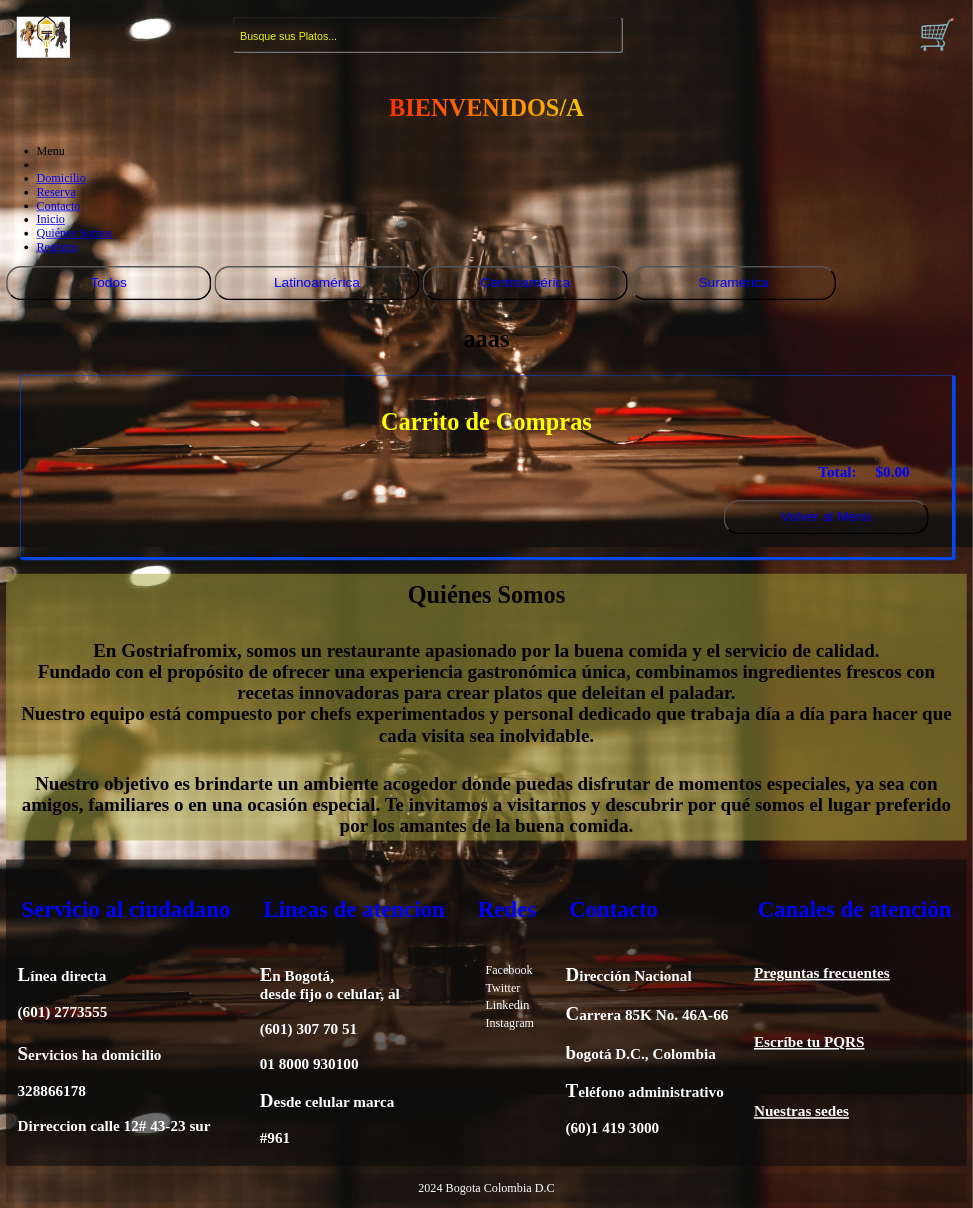
Repository: ye909/app_restaurante
Page: index.html
The author's editor kept a copy of each file at every save. The page is drawn from the files as they stood at one save, then again after the next save.
The browser window is 1280 px wide. The pictures show the whole page, at 76% of full size.
Backgrounds fixed to the window are drawn as part of the page.

Above is the page before, as saved 2025-01-11 19:37:44.
Console error: ReferenceError: menuItems is not defined

### index.html
<!DOCTYPE html>
<html lang="en">

<head>
  <meta charset="UTF-8">
  <meta name="viewport" content="width=device-width, initial-scale=1.0">
  <title>Document</title>
  <link rel="stylesheet" href="/css/menu_principal.css">
  <link rel="stylesheet" href="/css/footer.css">
  <link rel="stylesheet" href="/css/heder.css">
  <link rel="stylesheet" href="/css/modal_card.css">
  <link rel="stylesheet" href="/css/stilo.css">
</head>

<body>
  <header>
    <div class="container_header_card">
      <div class="imagen"><img src="/public/imagen/login.gif" alt=""></div>

      <input type="text" id="buscar" class="buscar" placeholder="Busque sus Platos...">
      <ul id="productList" class="productList"></ul>

      <div id="cart-btn" class="shopping">🛒</div>

  </header>



  <h1 class="bienvenida" id="bienvenida">BIENVENIDOS/A</h1>
  <nav>
    <ul>
      <li id="menu-btn"> Menu</li>
      <li></li>
      </li>
      <li><a href="./public/templeis/domicilio.html" target="_blank">Domicilio</a></li>
      <li><a href="./public/templeis/reserva.html" target="_blank">Reserva</a></li>
      <li><a href="#contacto">Contacto</a></li>
      <li><a href="./public/templeis/login.html" target="_blank">Inicio</a></li>
      <li><a href="#somos">Quiénes Somos</a></li>
      <li><a href="./public/templeis/registro.html" target="_blank">Registro</a> </li>
    </ul>
  </nav>

  <main id="menu-view" class="menu-view">
    <div class="filter-buttons">
      <button class="filter" data-region="Todos">Todos</button>
      <button class="filter" data-region="Latinoamérica">Latinoamérica</button>
      <button class="filter" data-region="Centroamérica">Centroamérica</button>
      <button class="filter" data-region="Suramérica">Suramérica</button>
    </div>
    <div id="menu-items" class="menu-items"></div>
    <div>
      <h1>aaas</h1>
    </div>
    <audio id="clickSound" src="./public/audio/mouse_btn3.mp3"></audio>
  </main>

  <div class="container_card">
    <main id="cart-view" class="cart-view">



      <h1 class="carro">Carrito de Compras</h1>
      <div id="cart-items" class="cart-items"></div>
      <div class="cart-total">
        <p>Total: <span id="cart-total" class="cart-total">$0.00</span></p>
        <button id="back-to-menu">Volver al Menú</button>
      </div>
  </div>
  </main>


  <div class="quienes_somos" id="somos">
    <h1>Quiénes Somos</h1>
    <p>En <strong>Gostriafromix</strong>, somos un restaurante apasionado por la buena comida y el servicio de calidad.
      <br>
      Fundado con el propósito de ofrecer una experiencia gastronómica única, combinamos ingredientes frescos con
      recetas innovadoras para crear platos que deleitan el paladar. <br>
      Nuestro equipo está compuesto por chefs experimentados y personal dedicado que trabaja día a día para hacer que
      cada visita sea inolvidable.
    </p>
    <p>Nuestro objetivo es brindarte un ambiente acogedor donde puedas disfrutar de momentos especiales, ya sea con
      amigos, familiares o en una ocasión especial. Te invitamos a
      visitarnos y descubrir por qué somos el lugar preferido por los amantes de la buena comida.</p>
  </div>

  <footer>
    <div class="conataine_footer">
      <div>
        <h4>Servicio al ciudadano</h4>
        <p><span>L</span>ínea directa <br> <br> (601) 2773555</p>
        <p id="domicilio"><span>S</span>ervicios ha domicilio<br> <br>328866178 <br><br>Dirreccion calle 12# 43-23 sur
        </p>

      </div>

      <div>
        <h4>Lineas de atencion</h4>
        <p><span>E</span>n Bogotá, <br> desde fijo o celular, al <br><br>
          (601) 307 70 51 <br><br>
          01 8000 930100 <br><br>
          <span>D</span>esde celular marca <br><br>
          #961
        </p>
      </div>
      <div>
        <h4>Redes</h4>
        <div><a href=""><i class="fa-brands fa-facebook"> </i></a> Facebook</div>
        <div><a href=""><i class="fa-brands fa-twitter"></i></a>Twitter</div>
        <div><a href=""><i class="fa-brands fa-linkedin"></i> </a>Linkedin</div>
        <div><a href=""><i class="fa-brands fa-instagram"></i></a> Instagram</div>
      </div>
      <div>
        <h4 id="contacto">Contacto</h4>
        <p><span>D</span>irección Nacional<br><br>
          <span>C</span>arrera 85K No. 46A-66<br><br>
          <span>b</span>ogotá D.C., Colombia<br><br>
          <span>T</span>eléfono administrativo<br><br>
          (60)1 419 3000
        </p>
      </div>

      <div>
        <h4> Canales de atención</h4>
        <p><a href="#">Preguntas frecuentes</p></a><br>
        <p><a href="#">Escríbe tu PQRS</p></a><br>
        <p><a href="#">Nuestras sedes</p></a>
      </div>
    </div>
  </footer>
  <div class="container_final">2024 Bogota Colombia D.C</div>


  <script src="./js/script.js"></script>
  <script src="./js/productos.js"></script>
  <script src="./js/dinamico.js"></script>
</body>

</html>

### css/menu_principal.css
:scope{
    padding: 0%;
    margin: 0%;
    overflow: scroll;
}

html {
    scroll-behavior: smooth;
    background-image: url(../public/imagen/janos.jpg);
    background-repeat: no-repeat;
    background-size: cover;
    background-attachment: fixed;
    background-size: 100% 100%;
    height: auto;
  }


/*
  .imgRestaurante {
    width: 100%;
    height: 50vh;
  }

  .container_card_persona {
    display: flex;
    justify-content: space-around;
    align-items: center;
    flex-direction: row;
    flex-wrap: wrap;
    padding: 10px;
  }
  .container_persona {
    width: 10%;
    background: rgba(26, 25, 25, 0.6);
    border-radius: 4px;
    color: white;
    padding: 10px;
    height: auto;
    box-shadow: rgb(8, 8, 8) 1px 2px 2px 2px;
  }
  .container_persona img {
    object-fit: cover;
    width: 100%;
    margin-top: -30px;
    border-radius: 80px;
    box-shadow: rgb(8, 4, 247) 1px 1px 1px;
  }

  h3 {
    text-align: center;
    color: yellow;
  }
  .container_persona p {
    padding: 6px;
    font-size: 18px;
    list-style: 1.4;
  }

  .quienes-somos {
    width: 100%;
    text-align: center;
    background: rgba(232, 232, 157, 0.4);
  }
  .quienes-somos p {
    font-size: 30px;
    line-height: 1.4;
  }

  .text_invitacion {
    font-size: 25px;
    line-height: 1.4;
    width: 99%;
    text-align: center;
    background: rgba(232, 232, 157, 0.2);
  }
   */

### css/footer.css
.conataine_footer {
  display: flex;
  justify-content: space-between;
  flex-direction: row;
  flex-wrap: wrap;
  margin: 10px;
}

p {

  padding: 5px;
  font-size: 20px;
  font-weight: bold;
}
span {
  font-size: 25px;
}
.quienes_somos {
  background:rgba(161, 161, 59, 0.5);
}
.quienes_somos p{
  text-align: center;
font-size: 25px;
}
:is(.container_final) {
  display: flex;
  justify-content: center;
  align-items: center;
}

h4 {
  color: blue;
  font-size: 30px;
}
:is(.container_final, h4, i) {
  padding: 10px;
}
.container_final {
  background: rgba(12, 12, 12, 0.2);
  color: white;
}
.fa-facebook {
  color: rgb(5, 5, 253);
}
.fa-twitter {
  color: rgb(8, 123, 245);
}
.fa-linkedin {
  color: rgb(71, 71, 155);
}
.fa-instagram {
  color: rgb(243, 17, 17);
}
a {
  cursor: pointer;
}
footer a {
  font-size: 20px;
  color: white;
}
footer {
  background: rgba(10, 10, 10, 0.6);
  color: white;
}

### css/heder.css
.container_header_card{
    display: flex;
    justify-content: space-between;
    justify-items: center;
    flex-direction: row;
    flex-wrap: wrap;
    padding: 14px;
    }

 .productList {
     list-style-type: none;
     padding: 0;
 }

 .productList li {
     padding: 10px;
     border-bottom: 1px solid #ccc;
 }

 .productList li:last-child {
     border-bottom: none;
 }

  .container_header_card img{
    width: 70px;
}
  .shopping{
    font-size: 40px;
cursor: pointer;
}
.buscar::placeholder{
    color:rgb(232, 248, 3);
    font-size: 14px;
}

.buscar {
    width: 40%;
    height: 3.9vh;
    background:transparent;
    color:white;
    font-size: 18px;
    border-radius: 5px;
    margin-left: 20px;
}
:is(.bienvenida,
 .buscar){
     padding: 8px;
 }
 .bienvenida{
    background-image:linear-gradient(to left, rgb(4, 151, 4), rgb(248, 244, 7),  red,rgb(14, 14, 240));
    -webkit-text-fill-color:transparent;
    -webkit-background-clip: text;
    background-clip: text;
    text-align: center;


}

### css/modal_card.css
.container_card {
  margin: 20px;
  box-shadow: rgb(7, 71, 236) 2px 2px 2px 2px, rgb(7, 71, 236) 2px 2px 2px 2px,
  rgb(7, 71, 236) 2px 2px 2px 2px, rgb(7, 71, 236) 2px 2px 2px 2px;
 padding: 10px;
 height: auto;
}
.cart-items{
     display: none;
}
.card {
  width: 15%;
  height: 20vh;
  padding: 10px;
  background: rgba(0, 0, 0, 0.4);
  border-radius: 10px;
}
h1{
  text-align: center;
  padding: 10px;

}
.carro{
  color:yellow;
}
.card img {
  width: 100%;
  height: 150px;
  object-fit: cover;
  border-radius: 5px;
}

.card button {
  margin-top: 10px;
  background-color: #007bff;
  color: white;
  border: none;
  padding: 10px;
  border-radius: 5px;
  cursor: pointer;
}

.card button:hover {
  background-color: #0056b3;
}

.cart-total {
  text-align: right;
  margin: 20px;
}


.cart-total{
  font-size: 20px;
  color:blue;
}
button {
  width: 270px;
  padding: 10px;
  transition: background-color 0.3s ease, transform 0.2s ease;
  border-radius: 20px;
  background: transparent;
  color: blue;
  font-size: 18px;
}
button:hover {
  border: none;
  background: #0606f8fd;
  color: black;
  box-shadow: rgb(7, 71, 236) 2px 2px 2px, rgb(7, 71, 236) 2px 2px 2px,
    rgb(7, 71, 236) 2px 2px 2px, rgb(7, 71, 236) 2px 2px 2px;
}

### css/stilo.css


/*

    .filter-buttons {
      margin: 20px;
      text-align: center;
    }

    .filter {
      margin: 5px;
      padding: 10px 15px;
      background-color: #007bff;
      color: white;
      border: none;
      cursor: pointer;
      border-radius: 5px;
    }

    .filter:hover {
      background-color: #0056b3;
    }
    .menu-items,.cart-view{
      display: flex;
      justify-content: space-between;
      justify-content: center;
      flex-direction: row;
      flex-wrap: wrap;
      gap: 20px;
    }
     */

### js/script.js

  let cart = [];
  let selectedRegion = "Todos";

  const menuView = document.getElementById("menu-view");
  const cartView = document.getElementById("cart-view");
  const menuItemsContainer = document.getElementById("menu-items");
  const cartItemsContainer = document.getElementById("cart-items");
  const cartTotal = document.getElementById("cart-total");

  document.querySelectorAll(".filter").forEach(button => {
    button.addEventListener("click", () => {
      selectedRegion = button.getAttribute("data-region");
      renderMenu();
    });
  });

  document.getElementById("menu-btn").addEventListener("click", () => {
    menuView.style.display = "block";
    cartView.style.display = "none";
  });

  document.getElementById("cart-btn").addEventListener("click", () => {
    menuView.style.display = "none";
    cartView.style.display = "block";
    renderCart();
  });

  document.getElementById("back-to-menu").addEventListener("click", () => {
    menuView.style.display = "block";
    cartView.style.display = "none";
  });

  function renderMenu() {
    menuItemsContainer.innerHTML = "";
    const filteredItems = selectedRegion === "Todos" ? menuItems : menuItems.filter(item => item.region === selectedRegion);
    filteredItems.forEach(item => {
      const card = document.createElement("div");
      card.className = "card";
      card.innerHTML = `
        <img src="${item.image}" alt="${item.name}">
        <h3>${item.name}</h3>
        <p>${item.description}</p>
        <p><strong>$${item.price.toFixed(2)}</strong></p>
        <button onclick="addToCart(${item.id})">Agregar</button>
      `;
      menuItemsContainer.appendChild(card);
    });
  }

  function renderCart() {
    cartItemsContainer.innerHTML = "";
    cart.forEach(item => {
      const cartItem = document.createElement("div");
      cartItem.className = "card";
      cartItem.innerHTML = `
        <h3>${item.name}</h3>
        <p>Cantidad: ${item.quantity}</p>
        <p><strong>$${(item.price * item.quantity).toFixed(2)}</strong></p>
      `;
      cartItemsContainer.appendChild(cartItem);
    });
    const total = cart.reduce((sum, item) => sum + item.price * item.quantity, 0);
    cartTotal.textContent = `$${total.toFixed(2)}`;
  }

  function addToCart(id) {
    const item = menuItems.find(item => item.id === id);
    const cartItem = cart.find(item => item.id === id);
    if (cartItem) {
      cartItem.quantity++;
    } else {
      cart.push({ ...item, quantity: 1 });
    }
  }

  renderMenu();

### js/productos.js
const menuItems = [
  { id: 1, name: "Tacos al Pastor", description: "Delicious tacos", price: 12.99, image: "https://via.placeholder.com/150", region: "Latinoamérica" },
  { id: 2, name: "Pupusas", description: "Thick griddle cakes", price: 9.99, image: "https://via.placeholder.com/150", region: "Centroamérica" },
  { id: 3, name: "Ceviche", description: "Fresh seafood", price: 15.99, image: "https://via.placeholder.com/150", region: "Suramérica" },
];


// const menuItems = [

//     {
//       id:1,
//       nombre: "Bebida caliente",
//       img: "./public/imagen/bebidas_calientes1.PNG",
//       precio: 20000,
//       descripcion1: "hecho en los mejores lugares de paris",
//       cantidad: 1,
//     },

//     {
//       id:4,
//     precio:10000,
//     nombre:"carne",
//     img:"./public/imagen/mexica1.jpg",
//       descripcion:"Los tacos son uno de los mida "
//     , descripcion1:"tanos"
//     },
//     {
//       id:5,
//       precio:100,
//       nombre:"Sancocho",
//       img:"./public/imagen/sancocho.webp",
//         descripcion:"ya no kkkkk",
//          descripcion1:"plato de casula"
//     },
//     {
//       id:6,
//       precio:30000,
//     nombre:"Lechona",
//     img:"./public/imagen/mexica2.jpg",
//       descripcion:"La lechona es un plato típico de la "
//      ,descripcion1:"plátanos rellenos"
//     },
//     {
//       id:7,
//     precio:90000,
//     nombre:"Postre",
//     img:"./public/imagen/postre2.PNG",
//       descripcion:"ya nhhjshhshao ",
//        descripcion1:"Sabor y dulsura en el plato"
//     },
//     {
//       id:8,
//     precio:10000,
//     nombre:"Coltel",
//     img:"./public/imagen/coltel.webp",
//       descripcion:"Los tacos son uno de comida "
//     , descripcion1:"tanos"
//     },

//     {
//       id:10,
//       precio:30000,
//     nombre:"Cerveza",
//     img:"./public/imagen/cervezas.webp",
//       descripcion:"La lechona es un conoce como "
//      ,descripcion1:"plátanos rellenos"
//     },
//     {
//       id:9,
//       precio:100,
//       nombre:"plátanos rellenos",
//       img:"./public/imagen/platano.PNG",
//         descripcion:"ya no kkkkk",
//          descripcion1:"Rellenos de bocadillo y queso"
//     },
//     {
//       id:10,
//       precio:30000,
//     nombre:"Jugos",
//     img:"./public/imagen/JUGOS_NATURALES.jpg",
//       descripcion:"La lechona es unente se conoce como "
//      ,descripcion1:"plátanos rellenos"
//     },
//     {
//       id:11,
//     precio:90000,
//     nombre:"Arrozanas",
//     img:"./public/imagen/mexico6.jpg",
//       descripcion:"ya nhhjshhshao ",
//        descripcion1:"plátanos rellenos"
//     },
//     {
//     id:11,
//     precio:90000,
//     nombre:"Licor",
//     img:"./public/imagen/licores.webp",
//       descripcion:"ya nhhjshhshao ",
//        descripcion1:"plátanos rellenos"
//     }
//     //    contenido:"ya no"
//   ];

### js/dinamico.js

 const menuview = document.getElementById("menu-view")
const menu_principal=document.getElementById("menu_principal").addEventListener("click",ver_menu)

function ver_menu() {
  menuview.style.display="inline"
}
// texto de bienvenida

setTimeout(()=>{
    const bienvenida = document.getElementById("bienvenida").remove()
    bienvenida.style.transition=" background-color 0.3s ease, transform 0.7s ease; "
},3000)


// audio de los botones
const playSound = function () {
    var audio = document.getElementById("clickSound");
    audio.play();
  }



// // Ejemplo de notificación (opcional)
// document.getElementById('btnboton_agregar').addEventListener('click', () => {
//     if (Notification.permission === 'granted') {
//         new Notification('¡Hola desde tu PWA!');
//     } else if (Notification.permission !== 'denied') {
//         Notification.requestPermission().then((permission) => {
//             if (permission === 'granted') {
//                 new Notification('¡Hola desde tu PWA!');
//             }
//         });
//     }
// });

After the next save:
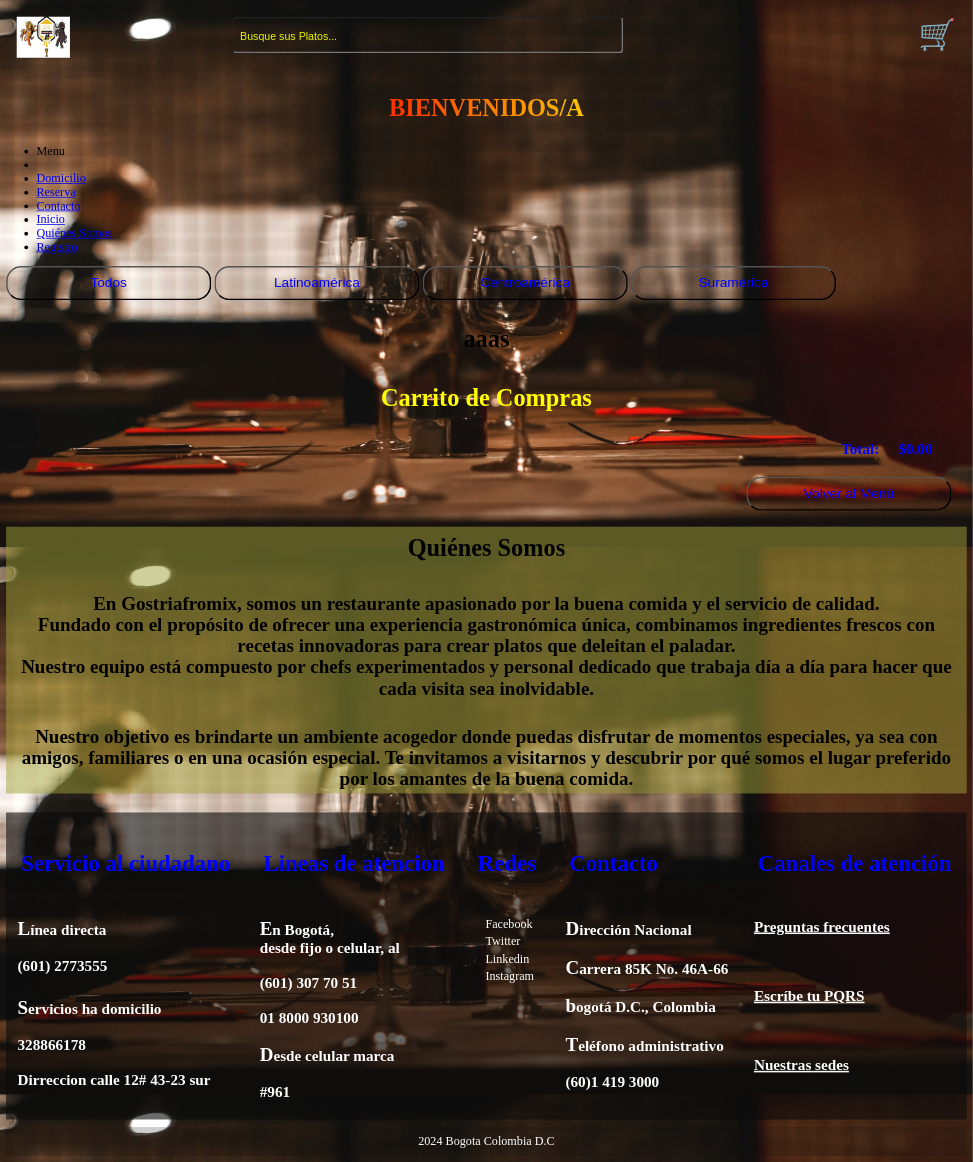
Saved 50 s later.
--- a/css/modal_card.css
+++ b/css/modal_card.css
@@ -1,11 +1,4 @@
-.container_card {
-  margin: 20px;
-  box-shadow: rgb(7, 71, 236) 2px 2px 2px 2px, rgb(7, 71, 236) 2px 2px 2px 2px,
-  rgb(7, 71, 236) 2px 2px 2px 2px, rgb(7, 71, 236) 2px 2px 2px 2px;
- padding: 10px;
- height: auto;
-}
-.cart-items{
+t-items{
      display: none;
 }
 .card {
